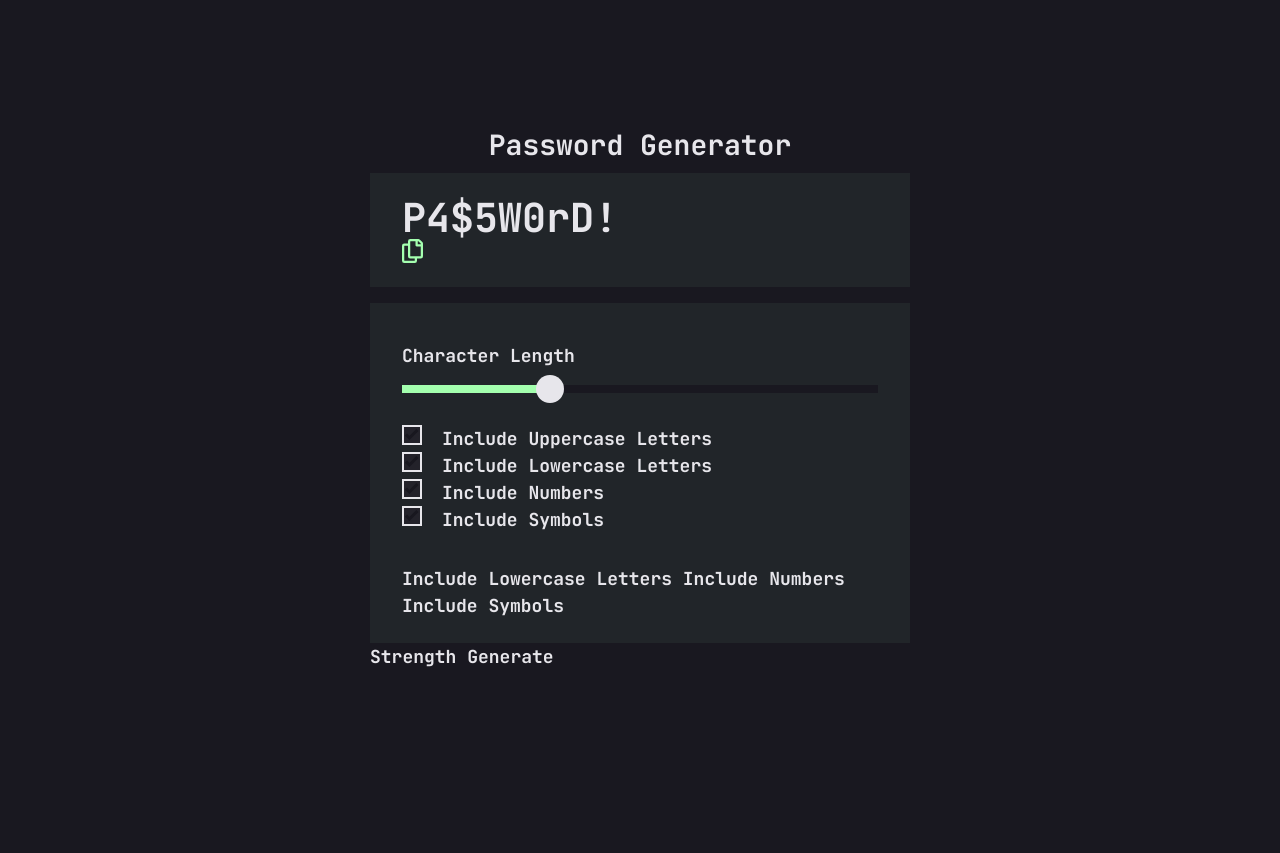
Repository: blordeus/password-generator-app
Page: starter-code/index.html
These files come from the project's save history. The page is drawn as it stood at one moment and after the next save; the edit follows.
The browser window is 1280 px wide. The pictures show the whole page.

Above is the page before, as saved 2023-10-05 20:13:36.

### starter-code/index.html
<!DOCTYPE html>
<html lang="en">
<head>
  <meta charset="UTF-8">
  <meta name="viewport" content="width=device-width, initial-scale=1.0">
  <link href="https://cdn.jsdelivr.net/npm/bootstrap@5.3.2/dist/css/bootstrap.min.css" rel="stylesheet" integrity="sha384-T3c6CoIi6uLrA9TneNEoa7RxnatzjcDSCmG1MXxSR1GAsXEV/Dwwykc2MPK8M2HN" crossorigin="anonymous">
  <script src="https://cdn.jsdelivr.net/npm/bootstrap@5.3.2/dist/js/bootstrap.bundle.min.js" integrity="sha384-C6RzsynM9kWDrMNeT87bh95OGNyZPhcTNXj1NW7RuBCsyN/o0jlpcV8Qyq46cDfL" crossorigin="anonymous" defer></script>
  <link rel="icon" type="image/png" sizes="32x32" href="./assets/images/favicon-32x32.png">
  <link rel="stylesheet" href="./assets/style.css">
  <link href="https://fonts.googleapis.com/css2?family=JetBrains+Mono:wght@700&display=swap" rel="stylesheet">
  <title>Frontend Mentor | Password generator app</title>
</head>
<body>
<main class="main">

    <h1 class="fs-3 title text-grey">Password Generator</h1>

    <div class="field bg-dark fs-1 flex">
      <p id="fieldText" class="fieldText text-grey">P4$5W0rD!</p>
      <div class="copy flex">
        <p id="copyMsg" class="fs-3 uppercase text-green">copied</p>
        <img id="copyIcon" src="./assets/images/icon-copy.svg" alt="">
      </div>
    </div>

    <div class="options bg-dark">
      <label for="slider" class="sliderLabel flex">Character Length <span class="sliderValue fs-1 text-green" id="sliderValue"></span></label>
      <input type="range" class="slider" name="slider" id="slider" min="5" max="15" value="8">
      <div class="checkboxes flex">
        <label for="inclUppercase" class="checkboxLabel" id="inclUppercase">
          <input type="checkbox" name="inclUppercase" id="inclUppercase">
          Include Uppercase Letters
          <span class="checkmark"><img src="./assets/images/icon-check.svg" alt="checked-icon"></span>
        </label>
        <label for="" class="checkboxLabel">
          <input type="checkbox" name="inclLowercase" id="inclLowercase">
          Include Lowercase Letters
          <span class="checkmark"><img src="./assets/images/icon-check.svg" alt="checked-icon"></span>
        </label>
        <label for="" class="checkboxLabel">
          <input type="checkbox" name="inclNumbers" id="inclNumbers">
          Include Numbers
          <span class="checkmark"><img src="./assets/images/icon-check.svg" alt="checked-icon"></span>
        </label>
        <label for="" class="checkboxLabel">
          <input type="checkbox" name="inclSymbols" id="inclSymbols">
          Include Symbols
          <span class="checkmark"><img src="./assets/images/icon-check.svg" alt="checked-icon"></span>
        </label>

      </div>
      Include Lowercase Letters
      Include Numbers
      Include Symbols
    </div>
    <div>
      Strength
      Generate
    </div>
</main>

</body>
</html>

### starter-code/assets/style.css
/* ------------------- */
/* Custom properties   */
/* ------------------- */

:root {
    /* colors */
    --clr-darkGrey: 248 10% 15%;
    --clr-grey: 251 9% 53%;
    --clr-almostWhite: 252 11% 91%;
    --clr-veryDarkGrey: 248 15% 11%;
    --clr-neonGreen: 127 100% 82%;
    --clr-red: 0 91% 63%;
    --clr-orange: 13 95% 66%;
    --clr-yellow: 42 91% 68%;

    /* font-sizes */
    --fs-1: 1.5rem;
    --fs-2: 1.125rem;
    --fs-3: 1rem;
  }

  @media (min-width: 35em) {
    :root {
      --fs-1: 2rem;
      --fs-2: 1.5rem;
      --fs-3: 1.125rem;
    }
  }

  /* ------------------- */
  /* Reset               */
  /* ------------------- */

  /* https://piccalil.li/blog/a-modern-css-reset/ */

  /* Box sizing */
  *,
  *::before,
  *::after {
    box-sizing: border-box;
  }

  /* Reset margins */
  body,
  h1,
  h2,
  h3,
  h4,
  h5,
  p,
  figure,
  picture {
    margin: 0;
  }

  h1,
  h2,
  h3,
  h4,
  h5,
  h6,
  p {
    font-weight: 400;
  }

  /* set up the body */
  body {
    font-family: "JetBrains Mono", monospace;
    font-size: var(--fs-3);
    font-weight: 700;
    color: hsl(var(--clr-almostWhite));
    background-color: hsl(var(--clr-veryDarkGrey));
    min-height: 100vh;

    overflow-x: hidden;
  }

  /* make images easier to work with */
img,
picture {
  max-width: 100%;
  display: block;
}

/* make form elements easier to work with */
input,
button,
textarea,
select {
  font: inherit;
}

/* typography */

.uppercase {
    text-transform: uppercase;
  }

  .fs-1 {
    font-size: var(--fs-1);
    line-height: 2rem;
  }

  .fs-2 {
    font-size: var(--fs-2);
    line-height: 1.485rem;
  }

  .fs-3 {
    font-size: var(--fs-3);
    line-height: 1.32rem;
  }

  @media (min-width: 35em) {
    .fs-1 {
      line-height: 2.64rem;
    }

    .fs-2 {
      line-height: 1.98rem;
    }

    .fs-3 {
      line-height: 1.485rem;
    }
  }

  /*     Layout     */
/* -------------- */

.main {
    margin-top: 4rem;
    margin-inline: 1rem;
  }

  @media (min-width: 35em) {
    .main {
      max-width: 33.75rem;
      margin-top: 8.3125rem;
      margin-inline: auto;
    }
  }

  .title {
    text-align: center;
    margin-block: 0;
    margin-bottom: 1rem;
  }

  .field {
    padding: 1rem;
    justify-content: space-between;
    align-items: center;
    margin-bottom: 1rem;
  }

  @media (min-width: 35em) {
    .field {
      padding: 1.5rem 2rem;
    }
  }

  .copy {
    gap: 1rem;
    align-items: center;
  }

  #copyMsg {
    display: none;
  }

  .copyIcon:hover {
    cursor: pointer;
  }

  .copyIcon:hover .copyIconPath {
    fill: white;
  }

  .options {
    padding: 1rem;
  }

  @media (min-width: 35em) {
    .options {
      padding: 1.5rem 2rem;
    }
  }

  .sliderLabel {
    justify-content: space-between;
    align-items: center;
  }

  .slider {
    width: 100%;
    margin-top: 1rem;
    margin-bottom: 2rem;
  }

  input[type="range"] {
    -webkit-appearance: none;
    background: hsl(var(--clr-veryDarkGrey));
    accent-color: white;
    cursor: pointer;
    height: 8px;
    background-image: linear-gradient(
      hsl(var(--clr-neonGreen)),
      hsl(var(--clr-neonGreen))
    );
    background-size: 30% 100%;
    background-repeat: no-repeat;
  }

  input[type="range"]::-webkit-slider-thumb {
    height: 28px;
    width: 28px;
    background: hsl(var(--clr-almostWhite));
    -webkit-appearance: none;
    border-radius: 14px;
  }

  input[type="range"]:hover::-webkit-slider-thumb {
    background: hsl(var(--clr-veryDarkGrey));
    border: 2px solid hsl(var(--clr-neonGreen));
    -webkit-appearance: none;
  }

  .checkboxes {
    flex-direction: column;
    gap: 1rem;
    margin-bottom: 2rem;
  }

  /* Customize the label (the container) */
  .checkboxLabel {
    display: block;
    position: relative;
    padding-left: 2.5rem;
    cursor: pointer;
    -webkit-user-select: none;
    -moz-user-select: none;
    -ms-user-select: none;
    user-select: none;
  }

  /* Hide the browser's default checkbox */
  .checkboxLabel input {
    position: absolute;
    opacity: 0;
    cursor: pointer;
    height: 0;
    width: 0;
  }

  /* Create a custom checkbox */
  .checkmark {
    position: absolute;
    top: 0;
    left: 0;
    height: 20px;
    width: 20px;
    background-color: hsl(var(--clr-darkGrey));
    border: 2px solid hsl(var(--clr-almostWhite));
    display: flex;
    justify-content: center;
    align-items: center;
  }

  /* On mouse-over, add a background color */
  .checkboxLabel:hover input ~ .checkmark {
    border-color: hsl(var(--clr-neonGreen));
  }

  /* When the checkbox is checked, add a background */
  .checkboxLabel input:checked ~ .checkmark {
    background-color: hsl(var(--clr-neonGreen));
    border-color: hsl(var(--clr-neonGreen));
  }

  /* Create the checkmark/indicator (hidden when not checked) */
  .checkmark:after {
    content: "";
    position: absolute;
    display: none;
  }

  /* Show the checkmark when checked */
  .checkboxLabel input:checked ~ .checkmark:after {
    display: block;
  }

  .strength {
    background-color: hsl(var(--clr-veryDarkGrey));
    padding: 1rem;
    justify-content: space-between;
    align-items: center;
    margin-bottom: 1rem;
  }

  .strengthLvl {
    align-items: center;
  }

  .strengthLvl p {
    margin-right: 0.5rem;
  }

  .bars {
    width: 10px;
    height: 28px;
    border: 2px solid hsl(var(--clr-almostWhite));
    margin-left: 0.5rem;
  }

  .button {
    width: 100%;
    padding-top: 1.125rem;
    padding-bottom: 1.125rem;
    border: 2px solid hsl(var(--clr-neonGreen));
  }

  .button:hover {
    background-color: hsl(var(--clr-darkGrey));
    color: hsl(var(--clr-neonGreen));
    cursor: pointer;
  }

  .button svg {
    margin-left: 1rem;
  }

  .button:hover path {
    fill: hsl(var(--clr-neonGreen));
  }

  .alert {
    display: none;
    text-align: center;
    color: hsl(var(--clr-red));
  }

  /*  Level Classes */

  .tooWeak {
    background-color: hsl(var(--clr-red));
    border: 2px solid hsl(var(--clr-red));
  }

  .weak {
    background-color: hsl(var(--clr-orange));
    border: 2px solid hsl(var(--clr-orange));
  }

  .medium {
    background-color: hsl(var(--clr-yellow));
    border: 2px solid hsl(var(--clr-yellow));
  }

  .strong {
    background-color: hsl(var(--clr-neonGreen));
    border: 2px solid hsl(var(--clr-neonGreen));
  }

After the next save:
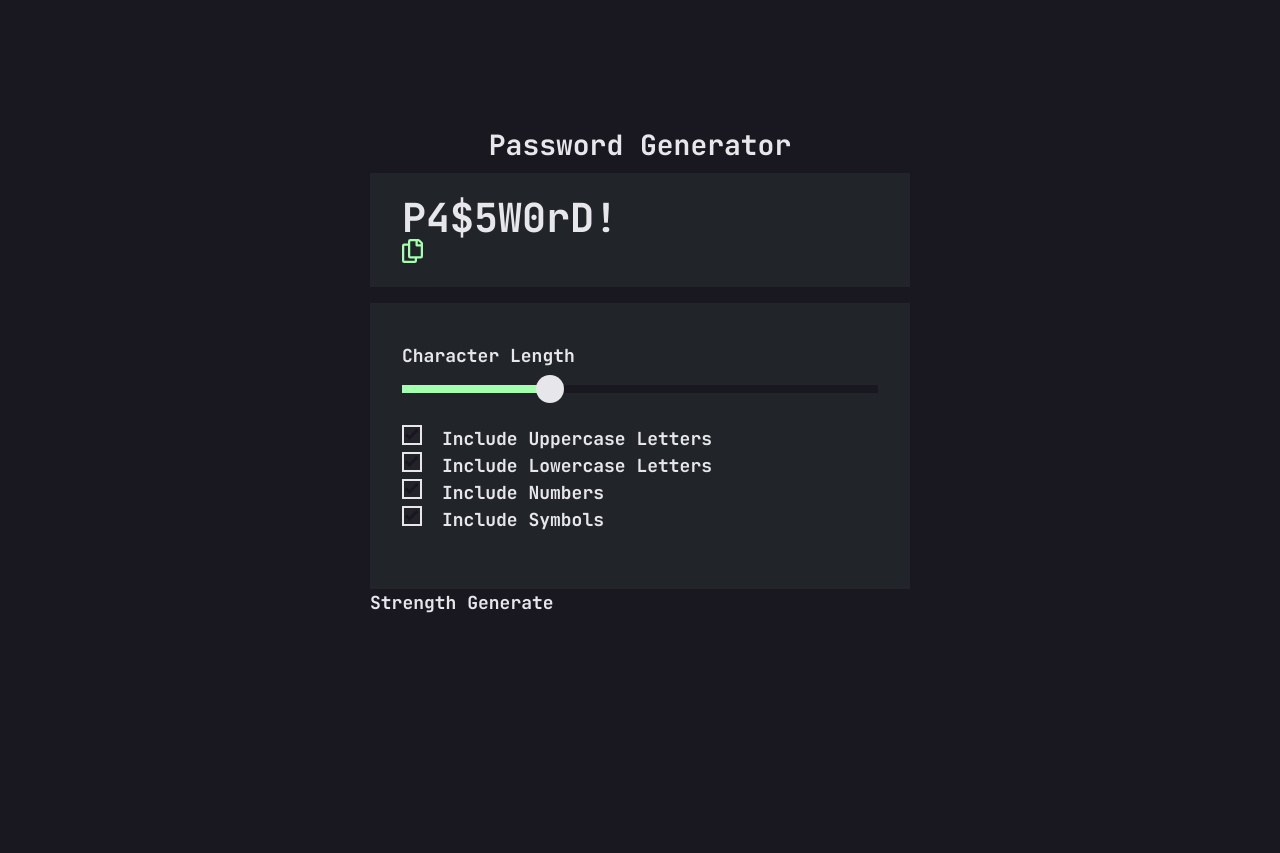
Saved 12 s later.
--- a/starter-code/index.html
+++ b/starter-code/index.html
@@ -49,9 +49,7 @@
         </label>
 
       </div>
-      Include Lowercase Letters
-      Include Numbers
-      Include Symbols
+
     </div>
     <div>
       Strength
